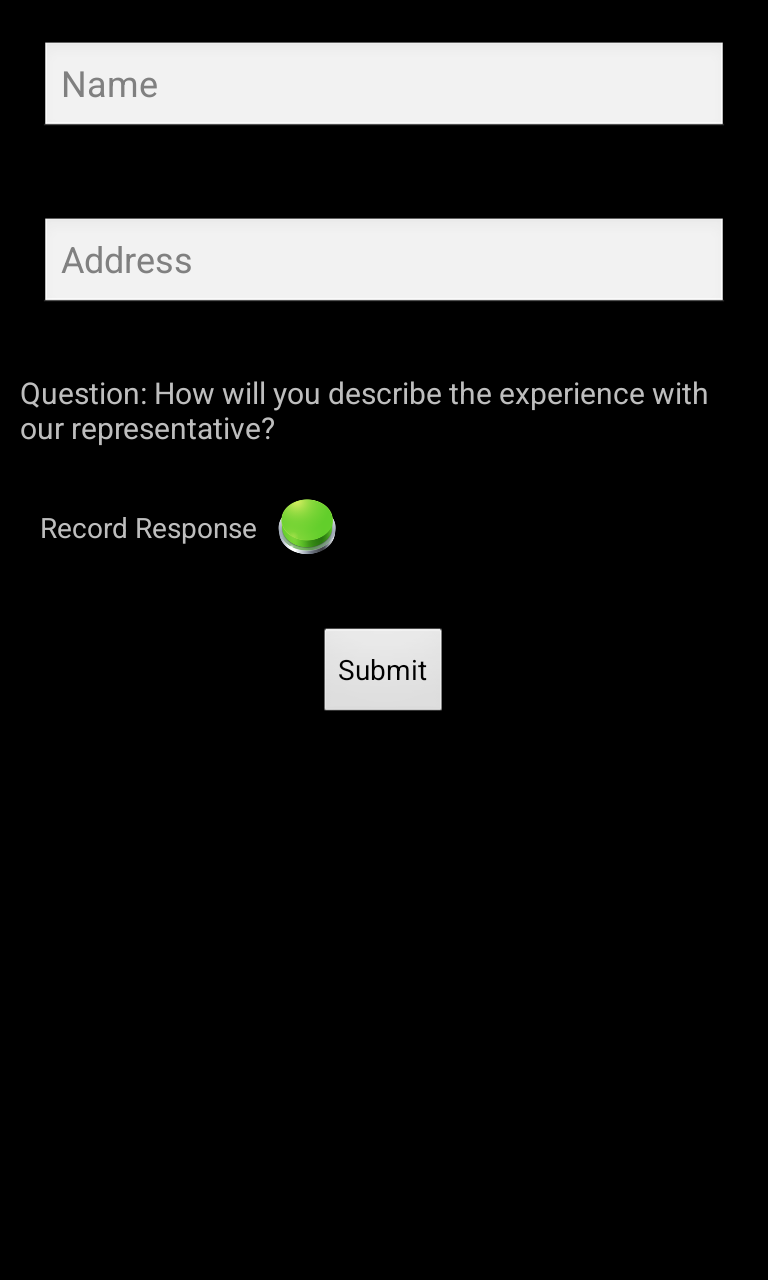
Repository: Anmol92verma/SurveyApp
Layout: SoundServey/res/layout/activity_main.xml
These files come from the project's save history. The layout is drawn as it stood at one moment and after the next save; the edit follows.
It is drawn on a 768 x 1280 px phone screen (xhdpi) without system bars, with theme android:Theme.Black; the app's code is not run.

Above is the layout before, as saved 2015-02-21 16:53:46.

### SoundServey/res/layout/activity_main.xml
<RelativeLayout xmlns:android="http://schemas.android.com/apk/res/android"
    xmlns:tools="http://schemas.android.com/tools"
    android:layout_width="match_parent"
    android:layout_height="match_parent" >

    <ScrollView
        android:id="@+id/scrollView1"
        android:layout_width="match_parent"
        android:layout_height="wrap_content" >

        <LinearLayout
            android:layout_width="match_parent"
            android:layout_height="wrap_content"
            android:orientation="vertical" >

            <EditText
                android:id="@+id/edittext_name"
                android:layout_width="match_parent"
                android:layout_height="wrap_content"
                android:layout_margin="@dimen/dimen_margin"
                android:hint="@string/string_name" />

            <EditText
                android:id="@+id/edittext_address"
                android:layout_width="match_parent"
                android:layout_height="wrap_content"
                android:layout_margin="@dimen/dimen_margin"
                android:hint="@string/string_address" />

            <TextView
                android:id="@+id/textview_question"
                android:layout_width="wrap_content"
                android:layout_height="wrap_content"
                android:padding="@dimen/dimen_paddingtext"
                android:text="@string/string_question"
                android:textSize="@dimen/dimen_sizetext" />

            <RelativeLayout
                android:layout_width="match_parent"
                android:layout_height="wrap_content"
                android:layout_margin="@dimen/dimen_paddingtext" >

                <TextView
                    android:id="@+id/textview_recording"
                    android:layout_width="wrap_content"
                    android:layout_height="wrap_content"
                    android:layout_centerVertical="true"
                    android:padding="@dimen/dimen_paddingtext"
                    android:text="@string/string_recording" />

                <ImageView
                    android:id="@+id/imageview_recorder"
                    android:layout_width="@dimen/dimen_size_recorded"
                    android:layout_height="@dimen/dimen_size_recorded"
                    android:layout_centerVertical="true"
                    android:layout_toRightOf="@+id/textview_recording"
                    android:contentDescription="@null"
                    android:src="@drawable/start" />
            </RelativeLayout>

            <Button
                android:id="@+id/button_sendData"
                android:layout_width="wrap_content"
                android:layout_height="wrap_content"
                android:layout_gravity="center_horizontal"
                android:layout_margin="@dimen/dimen_margin"
                android:text="@string/string_submit" />
        </LinearLayout>
    </ScrollView>

</RelativeLayout>

### SoundServey/res/values/dimens.xml
<?xml version="1.0" encoding="utf-8"?>
<resources>
    <dimen name="dimen_paddingtext">10dp</dimen>
    <dimen name="dimen_margin">20dp</dimen>
    <dimen name="dimen_sizetext">15sp</dimen>
    <dimen name="dimen_size_recorded">30dp</dimen>
</resources>

### SoundServey/res/values/strings.xml
<?xml version="1.0" encoding="utf-8"?>
<resources>

    <string name="app_name">SoundSer</string>
    <string name="string_name">Name</string>
    <string name="string_address">Address</string>
    <string name="string_question">Question: How will you describe the experience with our representative?</string>
    <string name="string_recording">Record Response</string>
    <string name="string_submit">Submit</string>

</resources>

After the next save:
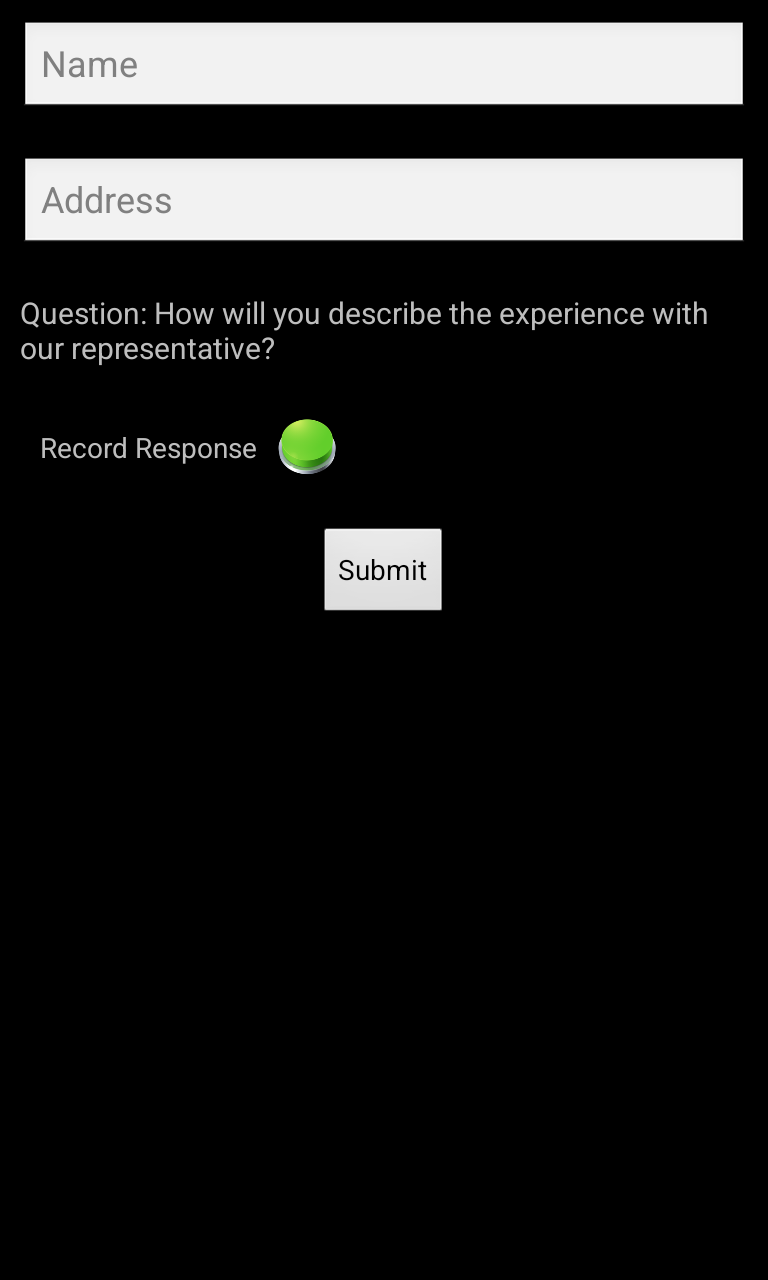
Saved 7 s later.
--- a/SoundServey/res/values/dimens.xml
+++ b/SoundServey/res/values/dimens.xml
@@ -1,7 +1,7 @@
 <?xml version="1.0" encoding="utf-8"?>
 <resources>
     <dimen name="dimen_paddingtext">10dp</dimen>
-    <dimen name="dimen_margin">20dp</dimen>
+    <dimen name="dimen_margin">10dp</dimen>
     <dimen name="dimen_sizetext">15sp</dimen>
     <dimen name="dimen_size_recorded">30dp</dimen>
 </resources>
